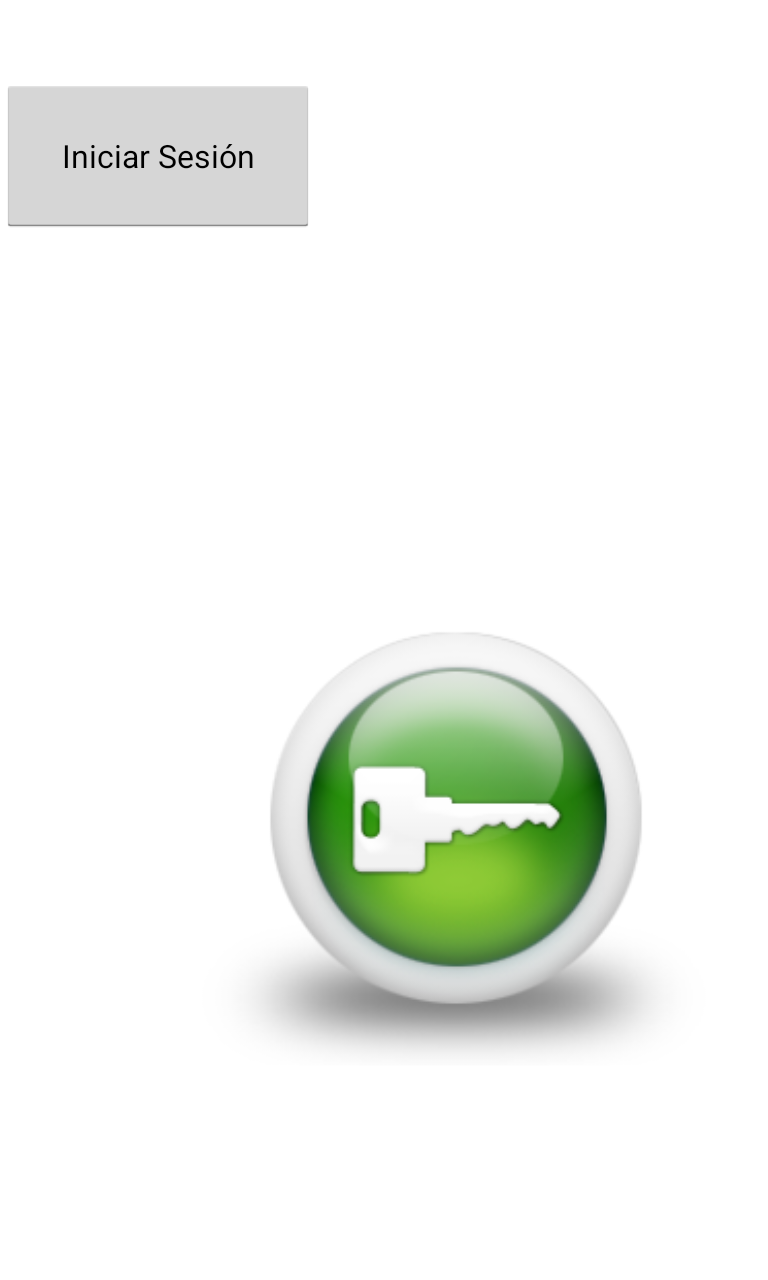
Repository: jlcd0004/sm_p11_practica1
Layout: Practica1/res/layout/fragmento2.xml
These files come from the project's save history. The layout is drawn as it stood at one moment and after the next save; the edit follows.
It is drawn on a 768 x 1280 px phone screen (xhdpi) without system bars, with theme AppTheme; the app's code is not run.

Above is the layout before, as saved 2015-10-21 09:17:35.

### Practica1/res/layout/fragmento2.xml
<?xml version="1.0" encoding="utf-8"?>
<LinearLayout xmlns:android="http://schemas.android.com/apk/res/android"
    android:id="@+id/LinearLayout1"
    android:layout_width="match_parent"
    android:layout_height="match_parent"
    android:orientation="vertical" >

    <Button
        android:id="@+id/button1"
        style="@style/AppTheme"
        android:layout_width="158dp"
        android:layout_height="78dp"
        android:layout_marginTop="39dp"
        android:text="@string/sesion" />

    <ImageView
        android:id="@+id/imageView1"
        android:layout_width="264dp"
        android:layout_height="match_parent"
        android:layout_marginLeft="96dp"
        android:layout_marginTop="63dp"
        android:src="@drawable/icono" />

</LinearLayout>

### Practica1/res/values/strings.xml
<?xml version="1.0" encoding="utf-8"?>
<resources>

    <string name="app_name">Practica1</string>
    <string name="hello_world">Hello world!</string>
    <string name="action_settings">Settings</string>
<string name="presentacion">José Luis Cabeza Díaz</string>
     <string name="presentacion2">Servicios Móviles, Práctica 1</string>
     <string name="sesion">Iniciar Sesión</string>

</resources>

Loaded but not shown: Practica1/res/values/styles.xml (common file); Practica1/res/values-v11/styles.xml (common file); Practica1/res/values-v14/styles.xml (common file)

After the next save:
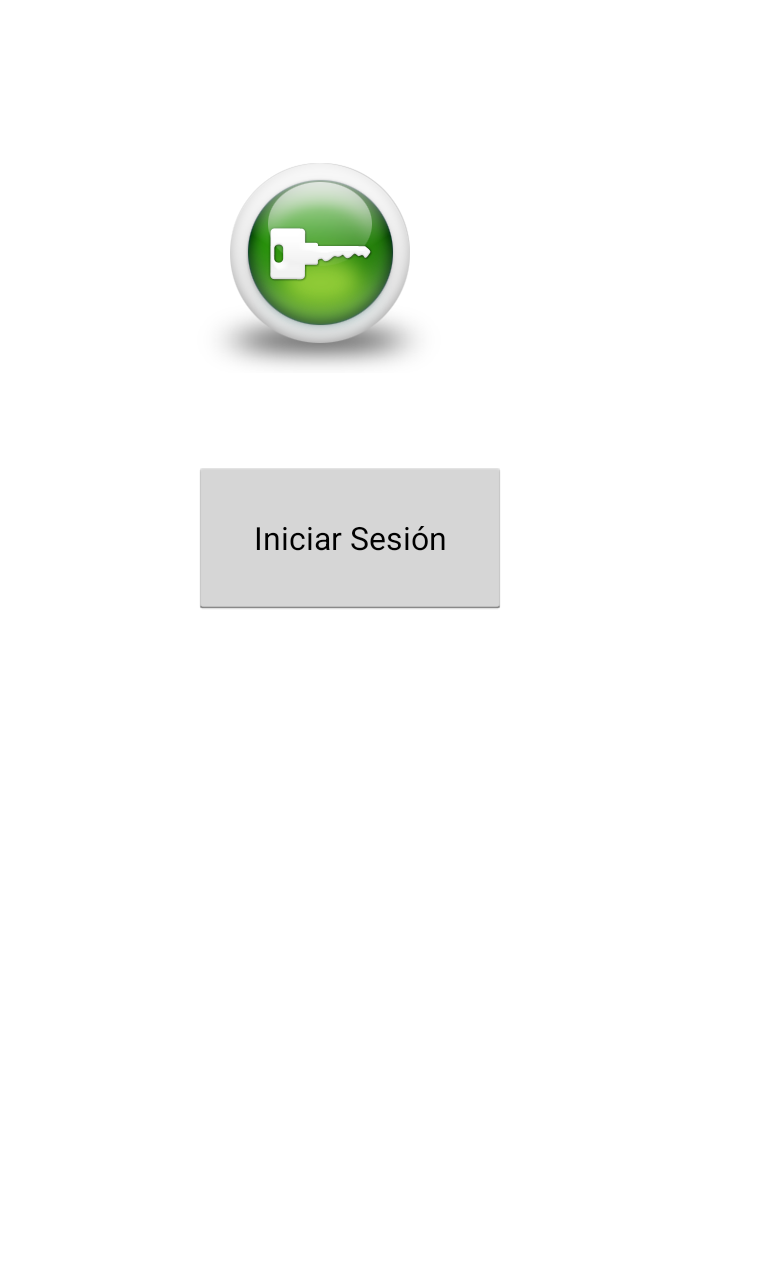
Saved 32 s later.
--- a/Practica1/res/layout/fragmento2.xml
+++ b/Practica1/res/layout/fragmento2.xml
@@ -1,24 +1,29 @@
 <?xml version="1.0" encoding="utf-8"?>
-<LinearLayout xmlns:android="http://schemas.android.com/apk/res/android"
-    android:id="@+id/LinearLayout1"
+<RelativeLayout xmlns:android="http://schemas.android.com/apk/res/android"
+    android:id="@+id/RelativeLayout1"
     android:layout_width="match_parent"
-    android:layout_height="match_parent"
-    android:orientation="vertical" >
+    android:layout_height="match_parent" >
+
+    <ImageView
+        android:id="@+id/imageView1"
+        android:layout_width="wrap_content"
+        android:layout_height="wrap_content"
+        android:layout_alignParentLeft="true"
+        android:layout_alignParentTop="true"
+        android:layout_marginLeft="96dp"
+        android:layout_marginTop="63dp"
+        android:layout_x="64dp"
+        android:layout_y="42dp"
+        android:src="@drawable/icono" />
 
     <Button
         android:id="@+id/button1"
         style="@style/AppTheme"
         android:layout_width="158dp"
         android:layout_height="78dp"
+        android:layout_alignLeft="@+id/imageView1"
+        android:layout_below="@+id/imageView1"
         android:layout_marginTop="39dp"
         android:text="@string/sesion" />
 
-    <ImageView
-        android:id="@+id/imageView1"
-        android:layout_width="264dp"
-        android:layout_height="match_parent"
-        android:layout_marginLeft="96dp"
-        android:layout_marginTop="63dp"
-        android:src="@drawable/icono" />
-
-</LinearLayout>
+</RelativeLayout>
